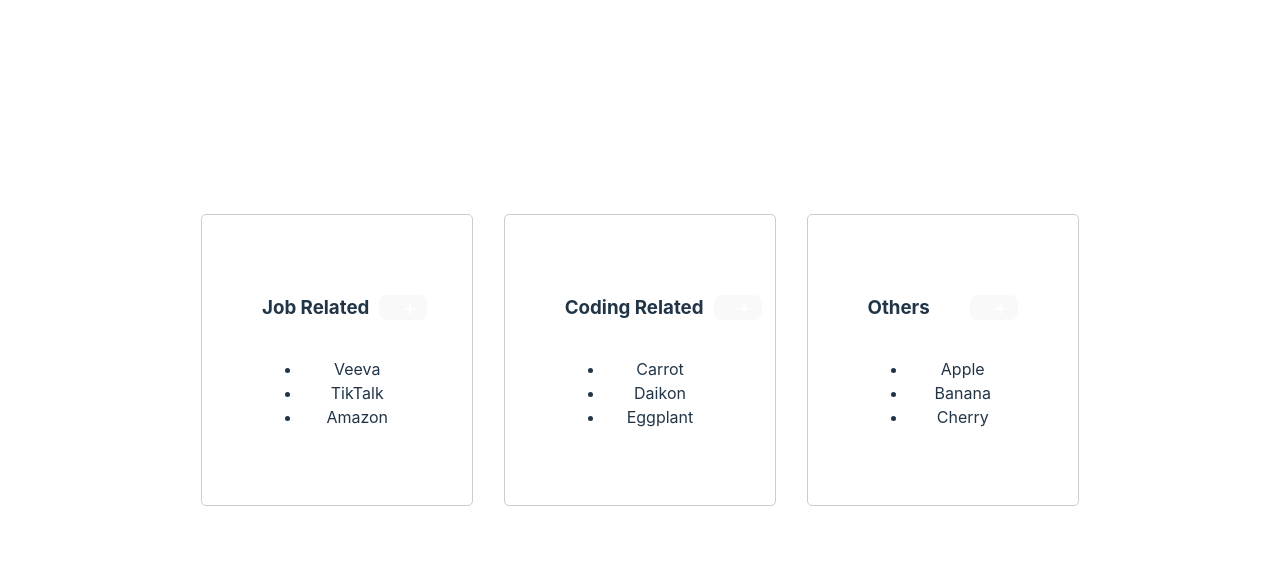
Repository: UofS-Jinhua/MyWebApp
Page: /Coding Related/Carrot
These files come from the project's save history. The page is drawn as it stood at one moment and after the next save; the edit follows.
The browser window is 1280 px wide. The pictures show the whole page.
The project was rebuilt for these pictures with package versions that can differ from the ones it lists, and the page was loaded fresh each time. Also part of the build but not shown: vite.config.js.

Above is the page before, as saved 2024-10-23 15:12:24.

### src/App.jsx
// import { useState } from "react";
import "./App.css";
import Category from "./components/Category";

function App() {
  return (
    <div className="categories-container">
      <Category
        c_name="Job Related"
        contents={["Veeva", "TikTalk", "Amazon"]}
      />
      <Category
        c_name="Coding Related"
        contents={["Carrot", "Daikon", "Eggplant"]}
      />

      <Category c_name="Others" contents={["Apple", "Banana", "Cherry"]} />
    </div>
  );
}

export default App;

### src/App.css
#root {
  max-width: 1280px;
  margin: 0 auto;
  padding: 2rem;
  text-align: center;
}

.categories-container {
  display: flex;
  justify-content: space-around;
}

.category {
  margin: 10px;
  padding: 60px;
  border: 1px solid #ccc;
  border-radius: 5px;
  width: 30%;
  box-sizing: border-box;
}

.category-header {
  display: flex;
  justify-content: space-between;
  align-items: center;
  white-space: nowrap; /* 防止换行 */
}

.add-button {
  /* background-color: #4caf50; */
  color: white;
  border: none;
  /* border-radius: 50%; */
  margin-left: 10px;
  width: 25px;
  height: 25px;
  font-size: 20px;
  line-height: 0px;
  text-align: center;
  cursor: pointer;
}

.add-button:hover {
  background-color: gray;
}

### src/components/Category.jsx
import { useState } from "react";

export default function Category({ c_name, contents }) {
  const [cur_contents, set_cur_contents] = useState(contents);

  function addContent() {
    const new_content = prompt("Enter new content:");
    if (new_content !== null && new_content.trim() !== "") {
      set_cur_contents([...cur_contents, new_content.trim()]);
    }
  }

  return (
    <div className="category">
      <div className="category-header">
        <h3>{c_name}</h3>
        <button className="add-button" onClick={addContent}>
          +
        </button>
      </div>
      <ul>
        {cur_contents.map((content, index) => (
          <li key={index}>{content}</li>
        ))}
      </ul>
    </div>
  );
}

### src/components/SubCategory.jsx
import { useParams } from "react-router-dom";

export default function SubCategory() {
  const { category, subCategory } = useParams();

  // 假设我们有一个笔记数据结构
  const notes = {
    "Job Related": {
      Meetings: ["Note 1", "Note 2"],
      Projects: ["Note 3", "Note 4"],
    },
    "Coding Related": {
      Carrot: ["Note 5", "Note 6"],
      Daikon: ["Note 7", "Note 8"],
    },
    Others: {
      Apple: ["Note 9", "Note 10"],
      Banana: ["Note 11", "Note 12"],
    },
  };

  const subCategoryNotes = notes[category][subCategory] || [];

  return (
    <div>
      <h2>
        {subCategory} in {category}
      </h2>
      <ul>
        {subCategoryNotes.map((note, index) => (
          <li key={index}>{note}</li>
        ))}
      </ul>
    </div>
  );
}

Loaded but not shown: index.html (common file); src/main.jsx (common file); src/index.css (common file)

After the next save:
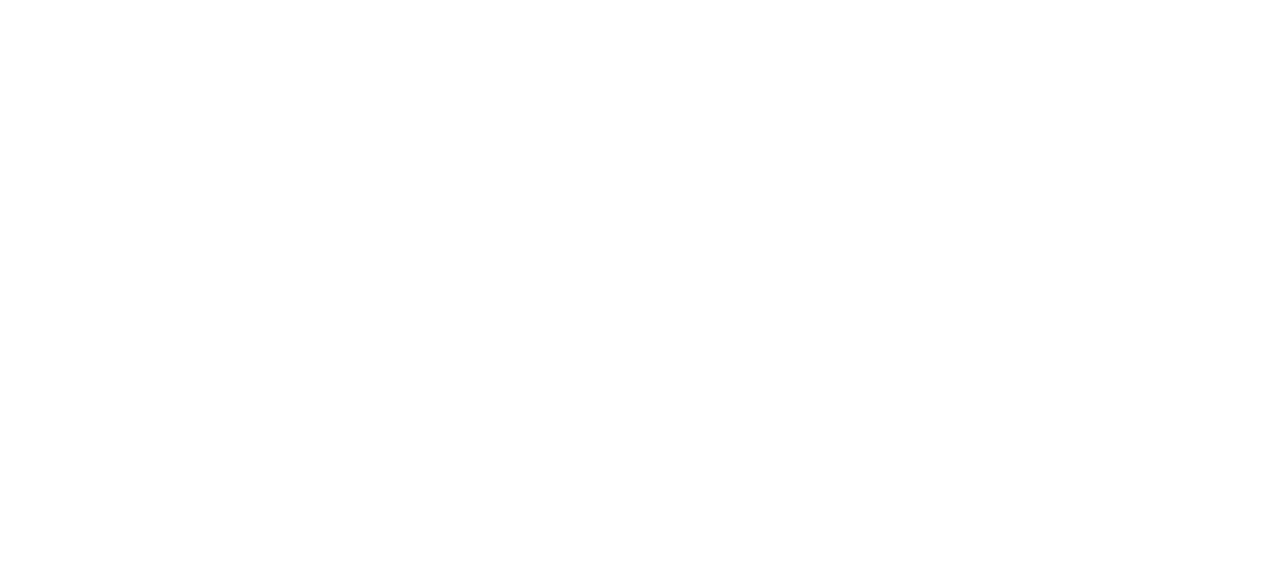
Console error: ReferenceError: Link is not defined
Saved 16 min 11 s later.
--- a/src/components/Category.jsx
+++ b/src/components/Category.jsx
@@ -20,7 +20,7 @@
       </div>
       <ul>
         {cur_contents.map((content, index) => (
-          <li key={index}>{content}</li>
+          <Link to={`/${c_name}/${content}`}>{content}</Link>
         ))}
       </ul>
     </div>

After the 5 saves that followed:
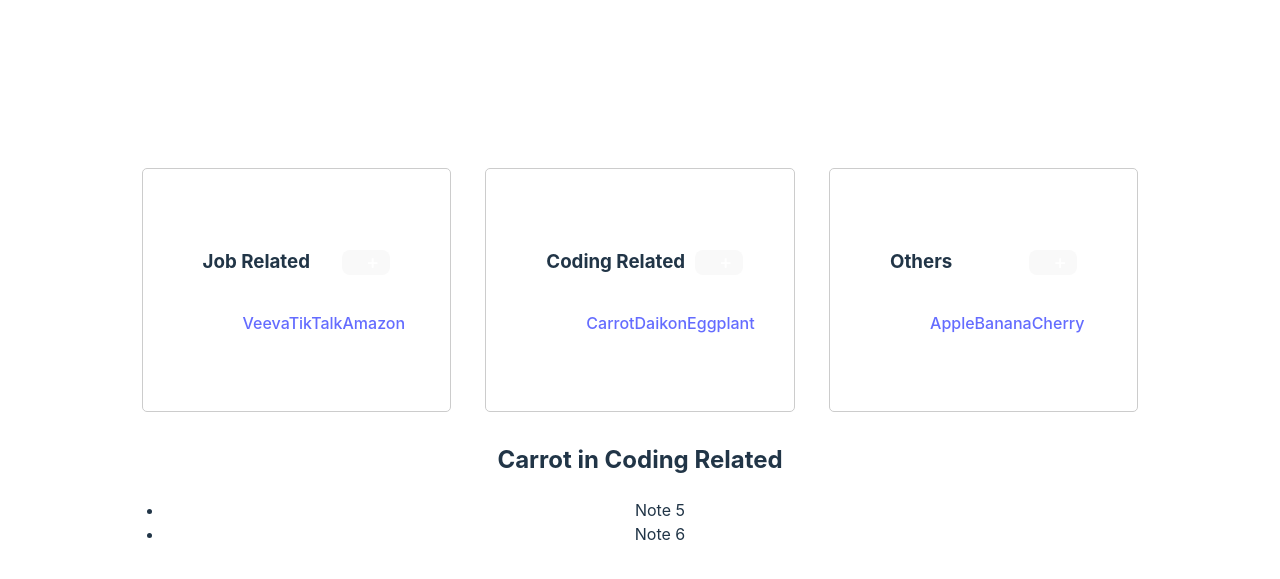
The error is gone.
The 5 saves are shown as one change because 1 did not build or start and 3 left the picture as it was.
The last was saved 3 min 20 s later.
--- a/src/App.jsx
+++ b/src/App.jsx
@@ -1,21 +1,29 @@
-// import { useState } from "react";
+import { useState } from "react";
+import { BrowserRouter as Router, Route, Routes } from "react-router-dom";
 import "./App.css";
 import Category from "./components/Category";
+import SubCategory from "./components/SubCategory";
 
 function App() {
   return (
-    <div className="categories-container">
-      <Category
-        c_name="Job Related"
-        contents={["Veeva", "TikTalk", "Amazon"]}
-      />
-      <Category
-        c_name="Coding Related"
-        contents={["Carrot", "Daikon", "Eggplant"]}
-      />
+    <Router>
+      <div className="categories-container">
+        <Category
+          c_name="Job Related"
+          contents={["Veeva", "TikTalk", "Amazon"]}
+        />
+        <Category
+          c_name="Coding Related"
+          contents={["Carrot", "Daikon", "Eggplant"]}
+        />
 
-      <Category c_name="Others" contents={["Apple", "Banana", "Cherry"]} />
-    </div>
+        <Category c_name="Others" contents={["Apple", "Banana", "Cherry"]} />
+      </div>
+
+      <Routes>
+        <Route path="/:category/:subCategory" element={<SubCategory />} />
+      </Routes>
+    </Router>
   );
 }
 
--- a/src/components/Category.jsx
+++ b/src/components/Category.jsx
@@ -1,4 +1,5 @@
 import { useState } from "react";
+import { Link } from "react-router-dom";
 
 export default function Category({ c_name, contents }) {
   const [cur_contents, set_cur_contents] = useState(contents);
